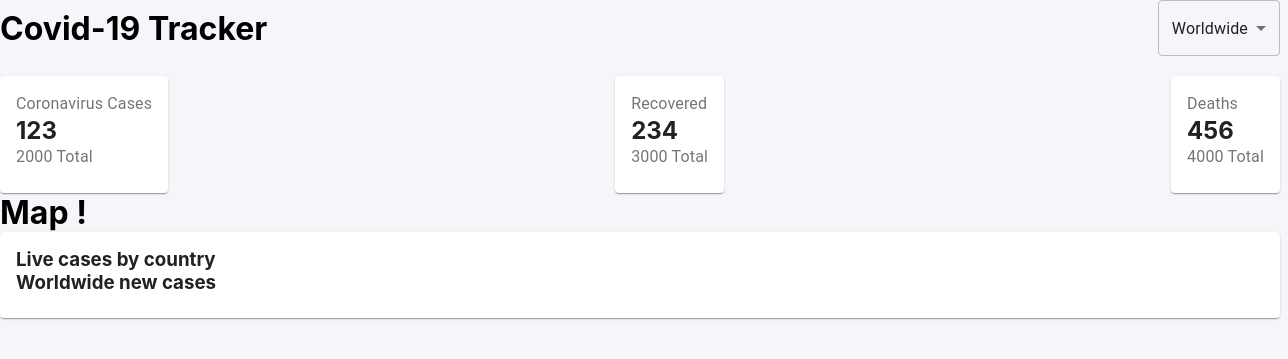
Repository: aashajo/covid-tracker-app-react
Page: /
The author's editor kept a copy of each file at every save. The page is drawn from the files as they stood at one save, then again after the next save.
The browser window is 1280 px wide. The page is 1288 px wide, then 1280 px, so the pictures cover 1288 px, including what lies to the right of the window. The pictures show the whole page.
The page's requests for data from a server got no answer. The project was rebuilt for these pictures with package versions that can differ from the ones it lists, and the page was loaded fresh each time. No one was signed in, and anything a server would have sent is missing.

Above is the page before, as saved 2020-08-25 22:44:12.

After the next save:
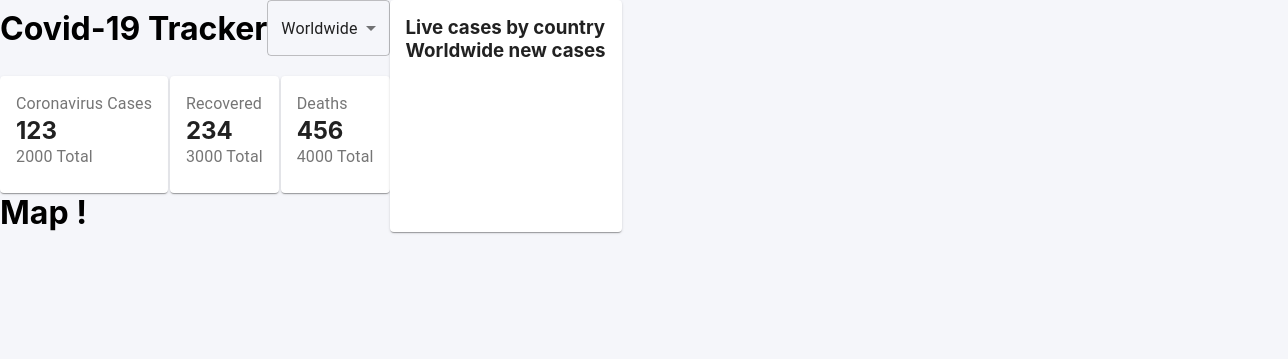
Saved 2 min 33 s later.
--- a/src/App.css
+++ b/src/App.css
@@ -4,6 +4,11 @@
 
 body {
   background-color: #f5f6fa;
+}
+
+.app {
+  display: flex;
+
 }
 
 .app_header {
